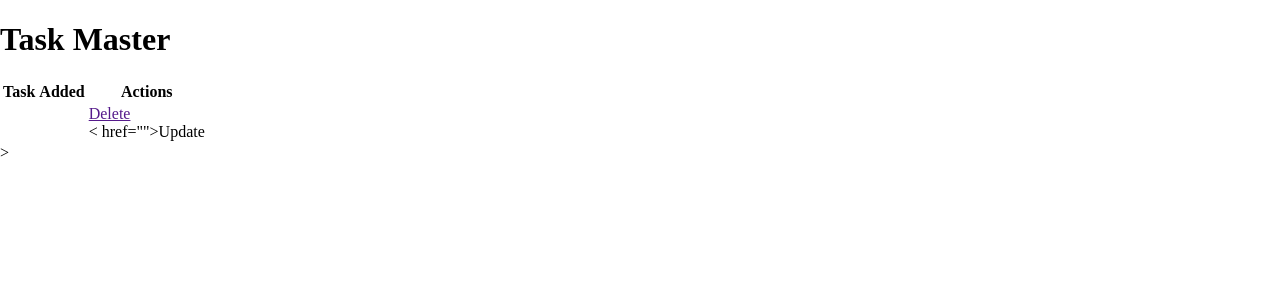
Repository: wrzonki/flask-web-template-db
Page: http://localhost/
An editor plug-in stored every save of this project. The page is shown before and after the next save, followed by the edit.
The browser window is 1280 px wide. The pictures show the whole page.
The page is served by the project's application, run on Flask 3 (app.py).

Above is the page before, as saved 2019-11-24 01:52:23.

### templates/index.html
{% extends 'base.html'%}

{% block head%}

{% endblock%}

{% block body%}
<div class="content">
    <h1>
        Task Master
    </h1>

    <table>
        <tr>
            <th>Task</th>
            <th>Added</th>
            <th>Actions</th>
        </tr>
        <tr>
            <td></td>
            <td></td>
            <td>
                <a href="">Delete</a>
                <br/>
                < href="">Update</href>
            </td>
        </tr>
    </table>
</div>>
{% endblock%}

### templates/base.html
<!DOCTYPE html>
<html lang="en">
<head>
    <meta charset="UTF-8">
    <meta name="viewport" content="width=device-width, initial-scale=1.0">
    <meta http-equiv="X-UA-Compatible" content="ie=edge">
    <link rel="stylesheet" href="{{ url_for('static', filename='css/main.css') }}"/>
    {% block head%}{% endblock%}
</head>
<body>
    {% block body%}{% endblock%}
</body>
</html>

### app.py
from flask import Flask, render_template, url_for
from flask_sqlalchemy import SQLAlchemy
from datetime import datetime

app = Flask(__name__)
app.config['SQLALCHEMY_DATABASE_URI'] = 'sqlite:///test.db'
db = SQLAlchemy(app)

class Todo(db.Model):
    id = db.Column(db.Integer, primary_key=True)
    content = db.Column(db.String(200), nullable=False)
    date_created = db.Column(db.DateTime, default=datetime.utcnow)

    def __repr__(self_):
        return '<Task %r>' % self.id

@app.route('/')
def index():
    return render_template('index.html')

if __name__ == "__main__":
    app.run(debug=True)

Loaded but not shown: static/css/main.css (common file)

After the next save:
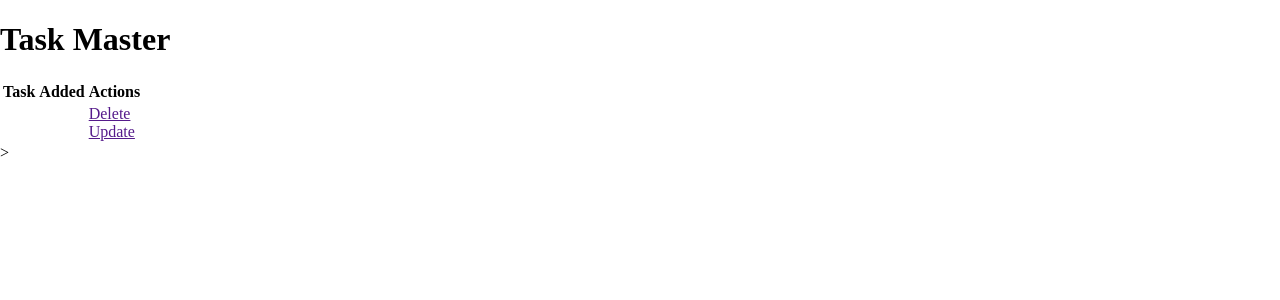
Saved 16 s later.
--- a/templates/index.html
+++ b/templates/index.html
@@ -22,7 +22,7 @@
             <td>
                 <a href="">Delete</a>
                 <br/>
-                < href="">Update</href>
+                <a href="">Update</href>
             </td>
         </tr>
     </table>
